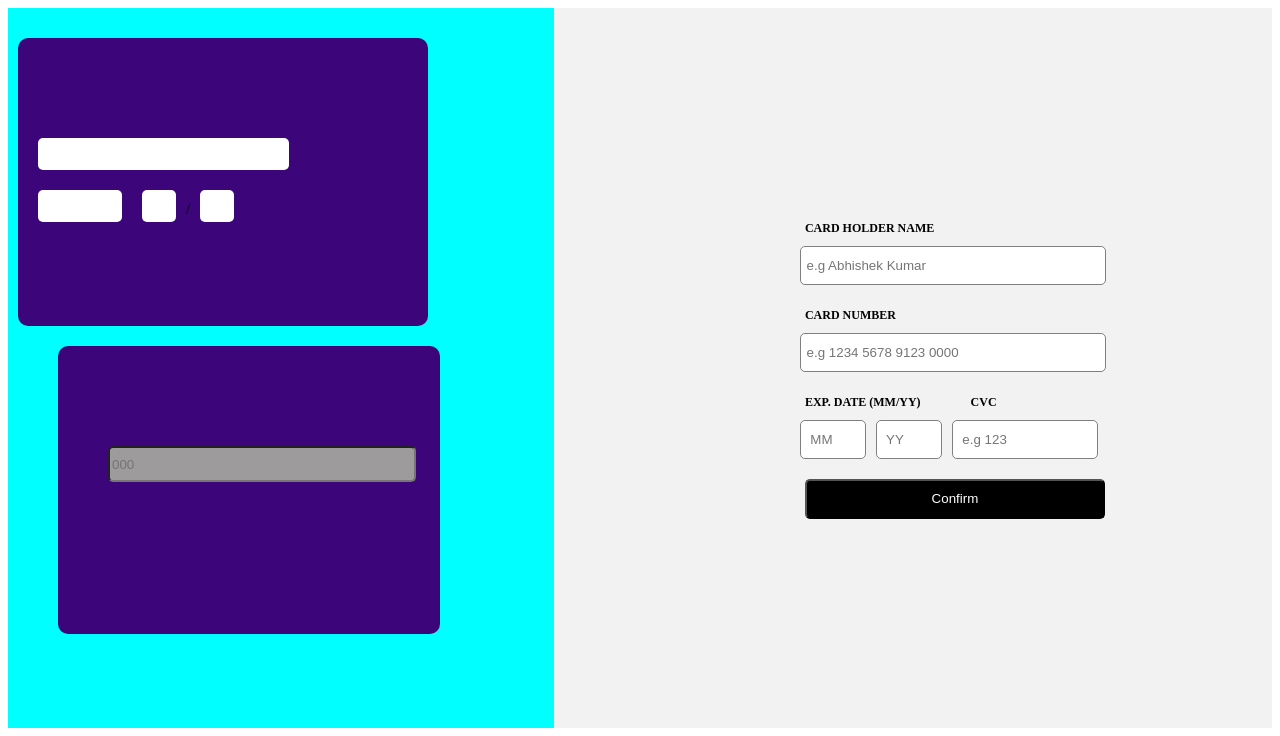
Repository: Abhi2359/frontendchallenge-1
Page: /
These files come from the project's save history. The page is drawn as it stood at one moment and after the next save; the edit follows.
The browser window is 1280 px wide. The pictures show the whole page.
The project was rebuilt for these pictures with package versions that can differ from the ones it lists, and the page was loaded fresh each time.

Above is the page before, as saved 2023-02-15 20:07:23.

### src/App.js


import Card1 from "./components/Cards/Card1";
import Layout from "./components/Layout/Layout";


function App() {
  return (
    <div className="App">


      <Layout/>
    {/*


    <Card1/>
    */}

    </div>
  );
}

export default App;

### src/components/Cards/Card1.js
import React from "react";
import style from "./Card1.css";

function Card1({ cardNumber, cardHolderName, expMonth, expYear }) {
  return (
    <>
      <div className="card1">
        <div class="cardinput">
          <div class="_card__number">
            <input type="text" value={cardNumber} readOnly id="input" />
          </div>
          <div class="_card__details">
            <input type="text" value={cardHolderName} readOnly id="input" />
            <div class="expiry">
              <input type="text" value={expMonth} readOnly id="input" />
              <div class="slash">/</div>
              <input type="text" value={expYear} readOnly id="input"/>
            </div>
          </div>
        </div>
      </div>
    </>
  );
}

export default Card1;

### src/components/Layout/Layout.js
import React, { useState } from "react";


import Card1 from "../Cards/Card1";
import Card2 from "../Cards/Card2";
import style from "./layout.css";


function Layout() {
  const [cardHolderName, setCardHolderName] = useState("");
  const [cardNumber, setCardNumber] = useState("");
  const [expMonth, setExpMonth] = useState("");
  const [expYear, setExpYear] = useState("");
  const [cvc, setCvc] = useState("");



  const handleInputChange = (e) => {
    setCardNumber(e.target.value);
  };
  const handleCardHolderName = (e) => {
    setCardHolderName(e.target.value);
  };
  const handleExpMonth = (e) => {
    setExpMonth(e.target.value);
  };
  const handleExpYear = (e) => {
    setExpYear(e.target.value);
  };
  const handleCvc = (e) => {
    setCvc(e.target.value);
  };
  return (
    <>

      <div class="layout">
        <div class="partitions">
          <div class="partition1">
            <div class="card1">
              <Card1
                cardNumber={cardNumber}
                cardHolderName={cardHolderName}
                expMonth={expMonth}
                expYear={expYear}
              />
            </div>
            <div class="card2">
              <Card2 cvc={cvc} />
            </div>
          </div>

          <div class="partition2">

            <form action="" className="Form">
              <label for="Username">CARD HOLDER NAME</label> <br />
              <input
                value={cardHolderName}
                onChange={handleCardHolderName}
                className="card_holder"
                type="text"
                id="username"
                name="username"
                placeholder=" e.g Abhishek Kumar"
              required
              />
              <br />
              <label for="number">CARD NUMBER</label> <br />
              <input
                value={cardNumber}
                onChange={handleInputChange}
                className="card_number"
                pattern="[0-9]{4}-[0-9]{4}-[0-9]{4}"
                type="text"
                id="number"
                name="number"
                placeholder=" e.g 1234 5678 9123 0000"
              required
              />{" "}
              <br />
              <div className="exp_date">
                <label for="number">EXP. DATE (MM/YY)</label>
                <label for="number" className="cvc">
                  CVC
                </label>
                <div className="exp_date_input">
                  <input
                    value={expMonth}
                    onChange={handleExpMonth}
                    type="text"
                    id="number"
                    name="number"
                    placeholder="  MM"
                  required
                    className="number"
                  />
                  <input
                    value={expYear}
                    onChange={handleExpYear}
                    type="text"
                    id="number"
                    name="number"
                    placeholder="  YY"
                    required
                    className="number"
                  />
                  <input
                    value={cvc}
                    onChange={handleCvc}
                    type="text"
                    id="cvc"
                    name="number"
                    placeholder="  e.g 123"
                  required
                    className="number"
                  />
                </div>
                <button className="button">Confirm</button>
              </div>
            </form>

          </div>
        </div>
      </div>


    </>
  );
}

export default Layout;

### src/components/Cards/Card1.css
.card1 {
  background: rgb(60,6,122);

  height: 40vh;
  width: 400px;
  border-radius: 10px;
  margin-left: 10px;

  margin-top: 20px;
}

.card1 input {
  margin: 10px;
}

._card__details {
  display: flex;
  border: none;
  background-color: transparent;
  color: transparent;
  text-shadow: 0 0 0 #000;
}

._card__details input {
  width: 80px;
}

.cardinput {
  margin-top: 30px;
}

.expiry {
  display: flex;
  justify-content: space-between;
}
.expiry input {
  width: 30px;
}

#input {
  border: none;
  /* background-color: transparent; */
  /* color: transparent; */
  text-shadow: 0 0 0 #000;
  border-radius: 5px;
  height: 30px;
}

.slash {
  display: inline-block;
  padding-top: 20px;
}
._card__number input {
  margin-top: 100px;
  font-size: larger;
  max-width: 300px;
}

### src/components/Cards/Card2.js
import React from "react";
import style from "./Card2.css";

function Card2({cvc}) {
  return (
    <>
      <div className="card2">
        <div class="_card__number2">

          <input type="text" value={cvc} readOnly className="card2_input" placeholder="000" />
        </div>
      </div>
    </>
  );
}

export default Card2;

### src/components/Layout/layout.css
.layout{

    margin: 0;
    padding: 0;
    height: 100vh;
}
.partitions
{
    height: 100%;
display: flex;
flex-wrap: wrap;
flex-direction: row;
justify-content: space-between;
}

.partition1{
   background-color: aqua;

height: 100vh;
flex-grow: 1;
color: white;
width: 40%;

}

.partition2{
background-color: rgb(243, 242, 242);
 height: 100vh;
flex-grow: 8;
display: flex;
align-items: center;
justify-content: center;
}

.Form{
    margin-left: 80px;

}

.Form input{
    margin: 5px;
    height: 35px;
    margin-top: 10px;
    margin-bottom: 20px;

}

.card_holder{
    width: 300px;
    border: 1px solid gray;
    border-radius: 5px;
}
.card_number{
    width: 300px;
    border: 1px solid gray;
    border-radius: 5px;
}
label{
    font-size: 12px;
    font-weight: bold;
    padding-left: 10px;
}



.cvc{
    margin-left: 40px;
}

.number{
    width: 60px;
    border: 1px solid gray;
    border-radius: 5px;
}
#cvc{
    width: 140px;
    border: 1px solid gray;
    border-radius: 5px;
}
.button{
    width: 300px;
    margin-left: 10px;
    background-color: black;

    color: white;
    height: 40px;
    border-radius: 5px;
 }

.partitiion1 ,h1{
margin-left: 100px;
}

.card1{
    margin-top: 20px;
    margin-left: 10px;

}

.card2{
    margin-top: 20px;
    margin-left: 50px;
}

### src/components/Cards/Card2.css
.card2{
    background: rgb(60,6,122);
    /* background: linear-gradient(121deg, rgba(60,6,122,1) 14%, rgba(182,21,151,1) 40%, rgba(83,98,225,1) 78%); */
    height: 40vh;
    width: 70%;
    border-radius: 10px;


    margin-top: 20px;


}


._card__number2 input{
    margin-top: 100px;
    height: 30px;
width: 300px;
}

 .card2_input{
    height: 30px;
    width: 100px;
    border-radius: 5px;
    background-color: rgb(157, 155, 155);
    color: white;
}

.bg_black{
    background-color: black;
    color: black;
    height: 30px;
    margin-top: 30px;

}

Loaded but not shown: public/index.html (common file); src/index.js (common file)

After the next save:
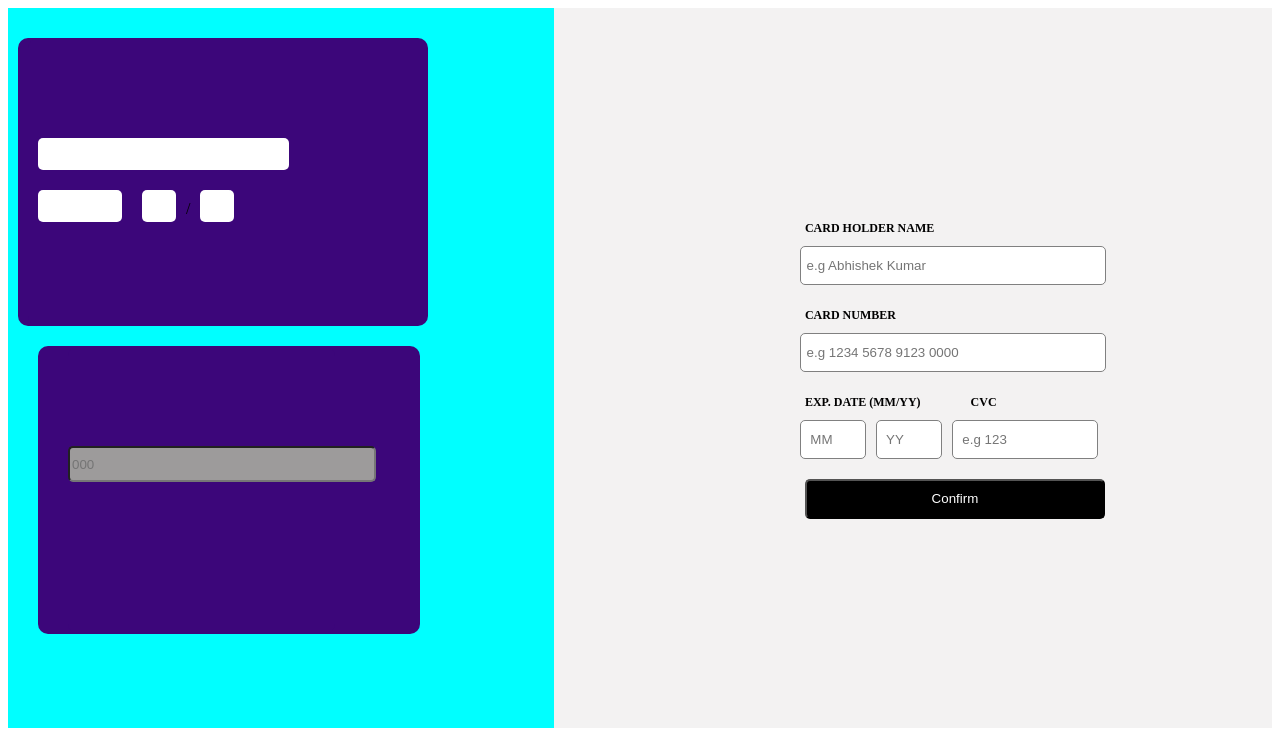
Saved 11 s later.
--- a/src/components/Layout/layout.css
+++ b/src/components/Layout/layout.css
@@ -99,5 +99,5 @@ margin-left: 100px;
 
 .card2{
     margin-top: 20px;
-    margin-left: 50px;
+    margin-left: 30px;
 }
